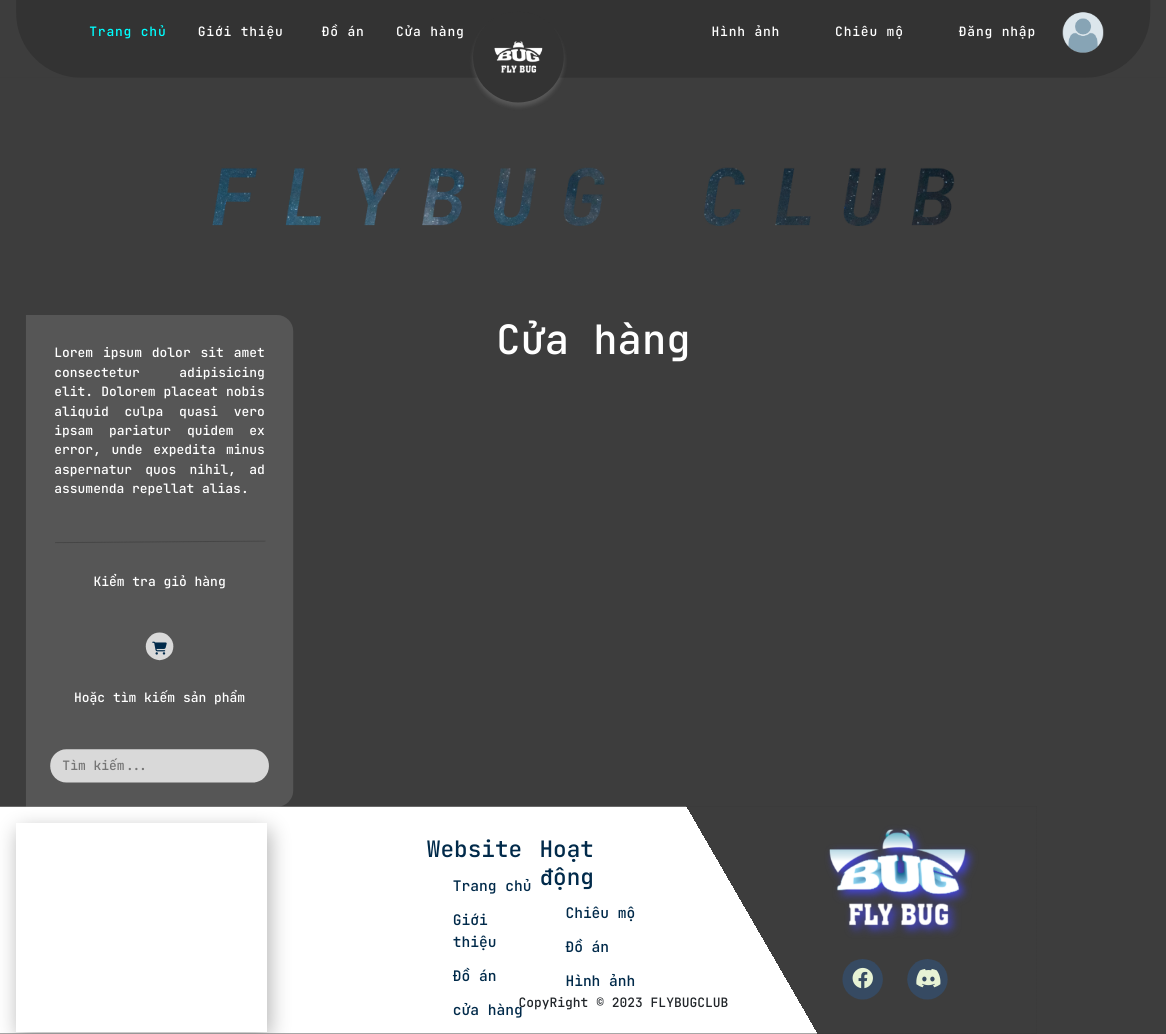
Repository: NQD2308/FlyBugClub_WebApp
Page: PROJECT FLYNUG/html/store.html
An editor plug-in stored every save of this project. The page is shown before and after a run of saves, followed by the edit.
The browser window is 1280 px wide. The page is 1440 px wide, so the pictures cover 1440 px, including what lies to the right of the window. The pictures show the whole page, at 81% of full size.
Pictures or frames that could not be fetched are drawn as grey boxes.

Above is the page before, as saved 2023-09-18 01:58:59.

After the next 2 saves:
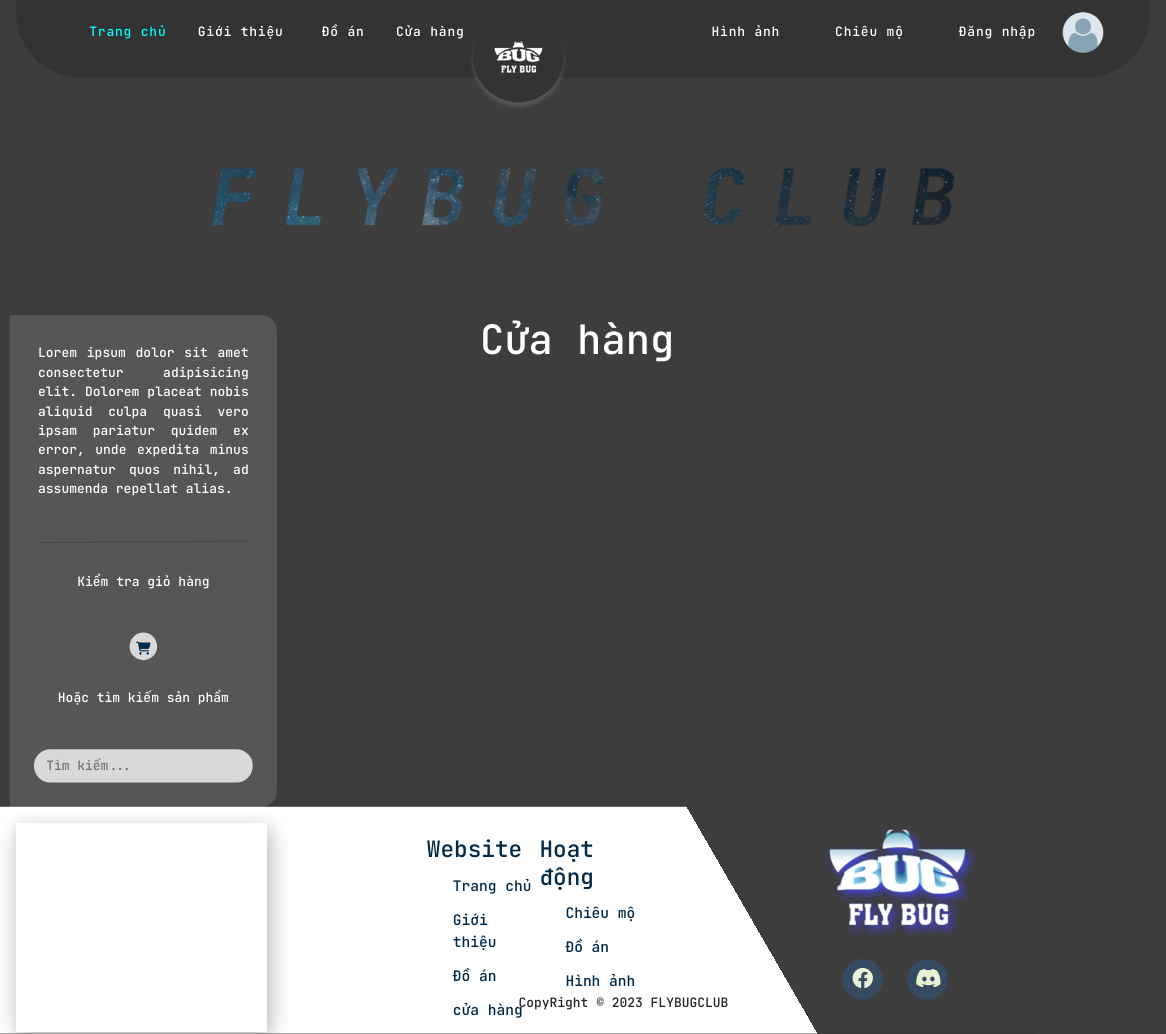
The 2 saves are shown as one change because they came seconds apart.
The last was saved 29 s later.
--- a/PROJECT FLYNUG/css/style.css
+++ b/PROJECT FLYNUG/css/style.css
@@ -126,7 +126,7 @@
 /*  @############ LEFT ############@ */
 
 section.body .left{
-    margin-left: -50px;
+    margin-left: -70px;
 }
 
 section.body .search{
